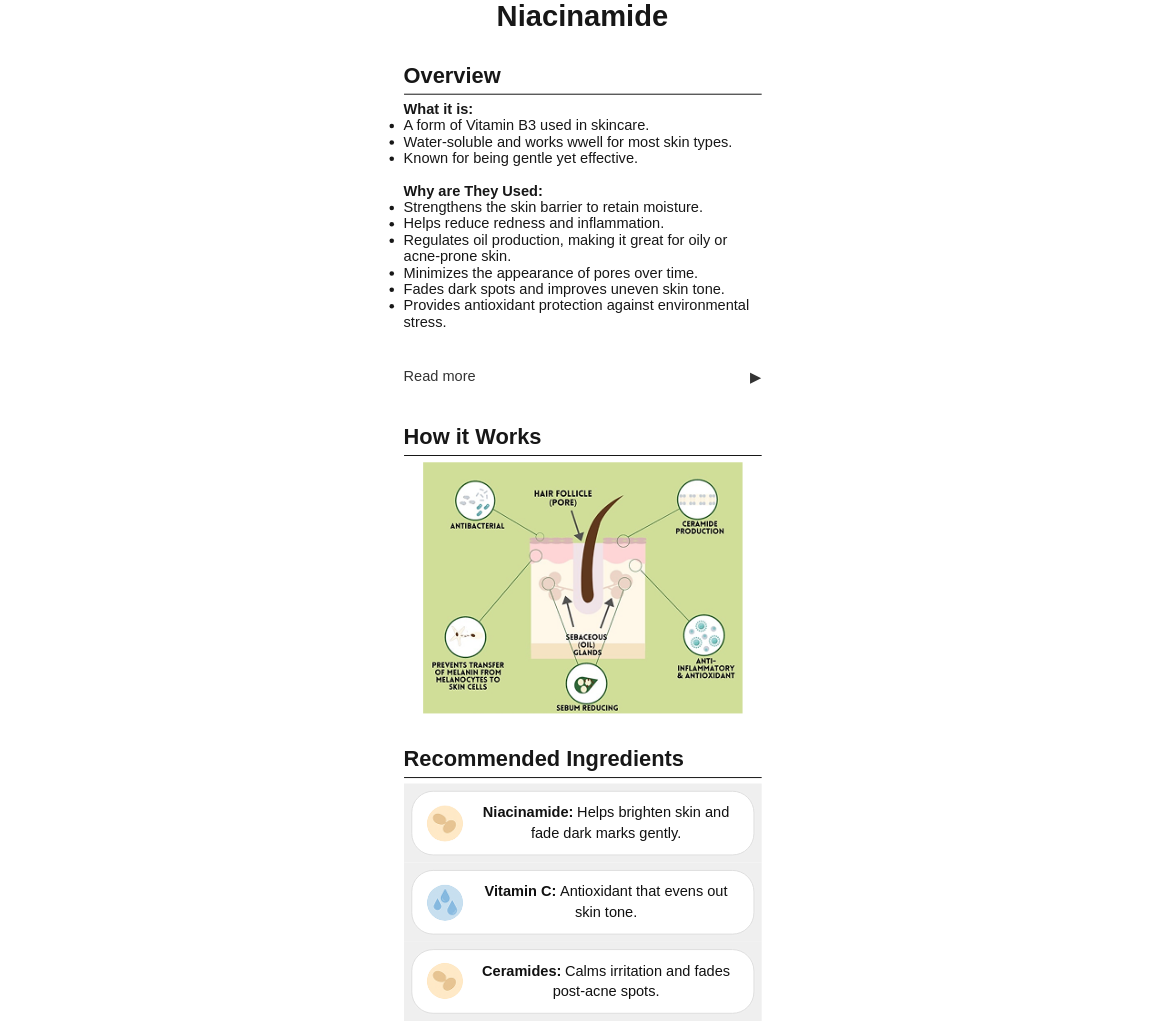
Repository: Esteb4ncd/DermaKnight_WebApp
Page: / (app in dermaknight/)
These files come from the project's save history. The page is drawn as it stood at one moment and after the next save; the edit follows.
The browser window is 1280 px wide. The pictures show the whole page, at 91% of full size.
The project was rebuilt for these pictures with package versions that can differ from the ones it lists, and the page was loaded fresh each time. The framework's server and built-in components were replaced by stand-ins that run in the browser. Also part of the build but not shown: dermaknight/next.config.mjs, dermaknight/app/page.module.css, dermaknight/app/ui/toggleDropdown/toggleDropdown.module.css.

Above is the page before, as saved 2025-05-12 13:44:51.

After the next save:
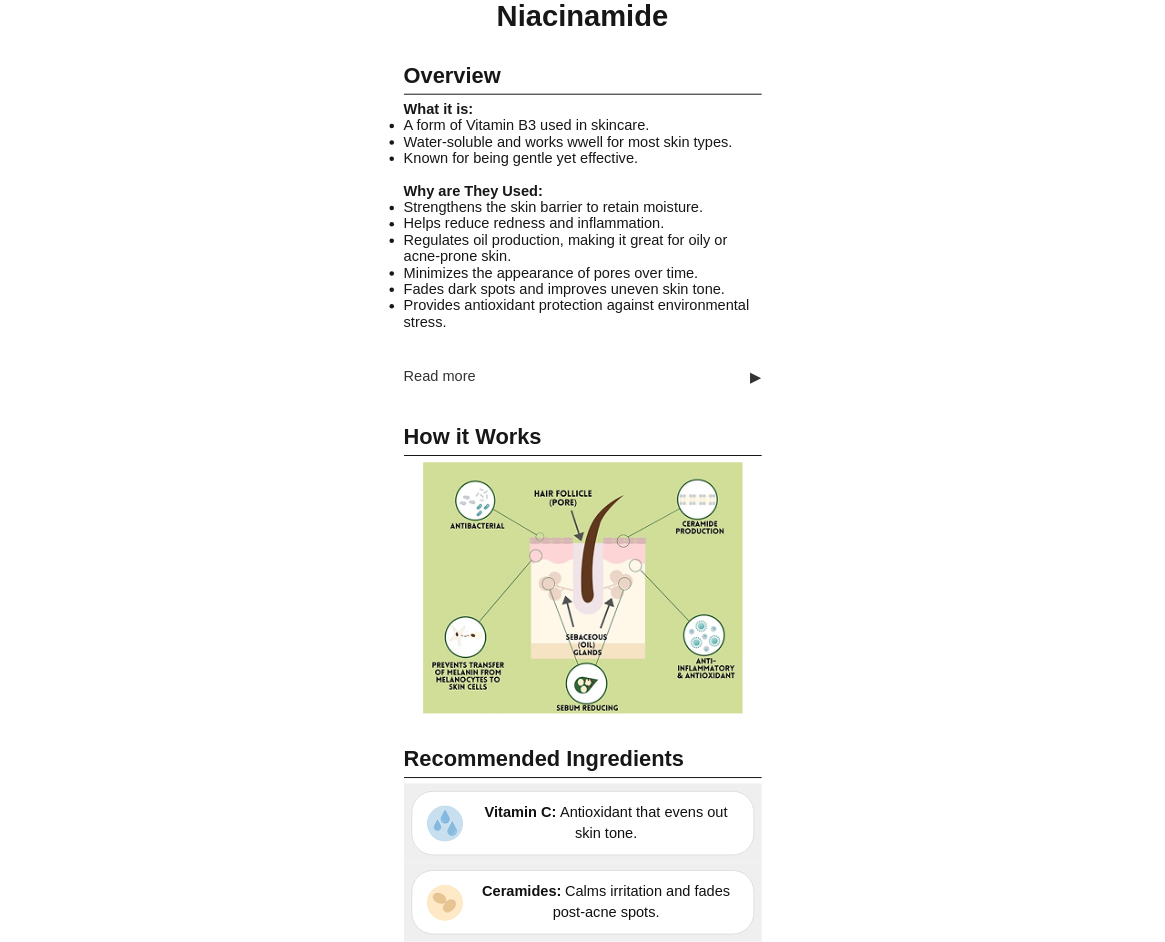
Saved 4 s later.
--- a/dermaknight/app/page.js
+++ b/dermaknight/app/page.js
@@ -168,7 +168,7 @@ export default function Home() {
         <h2 style={{ "text-align": "left" }}>Recommended Ingredients</h2>
         <hr style={{ border: "none", borderTop: "1px solid black", margin: "0.4rem 0" }} />
 
-        {["Niacinamide", "Vitamin C", "Ceramides"].map((key) => {
+        {["Vitamin C", "Ceramides"].map((key) => {
           const item = ingredients.find((i) => i.name.startsWith(key));
             return (
               <Ingredients
